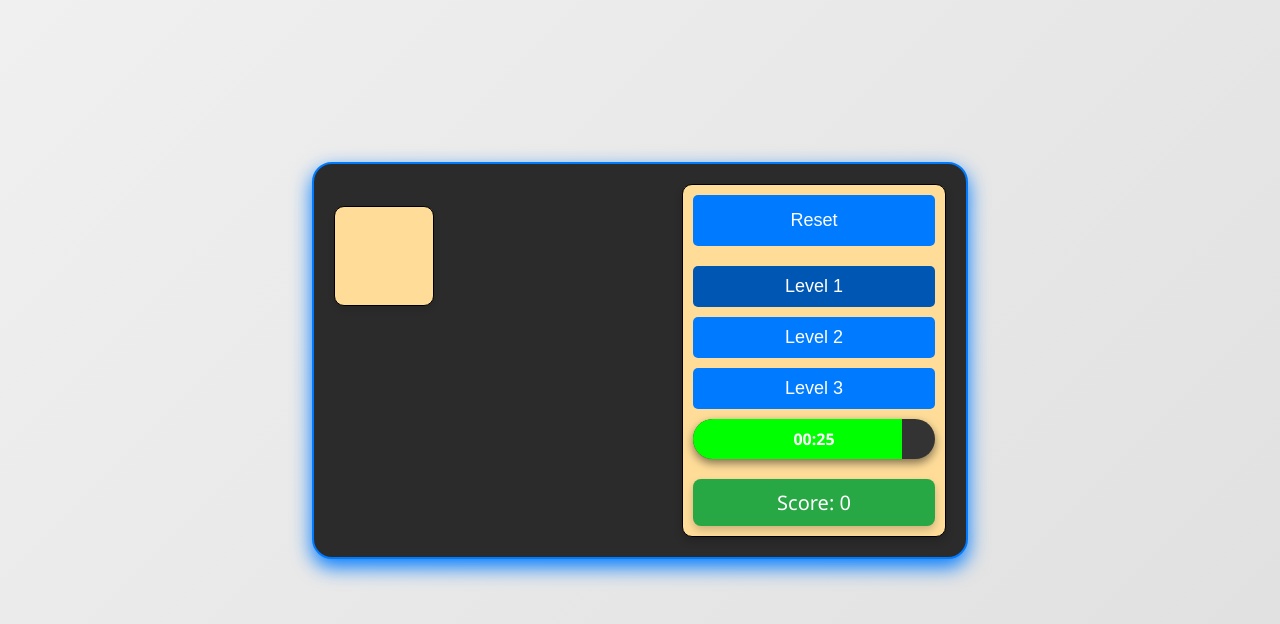
Repository: radisyah/THE_BRAIN_STORM
Page: Impossible Memory.html
An editor plug-in stored every save of this project. The page is shown before and after the next save, followed by the edit.
The browser window is 1280 px wide. The pictures show the whole page.

Above is the page before, as saved 2024-10-23 01:33:15.

After the next save:
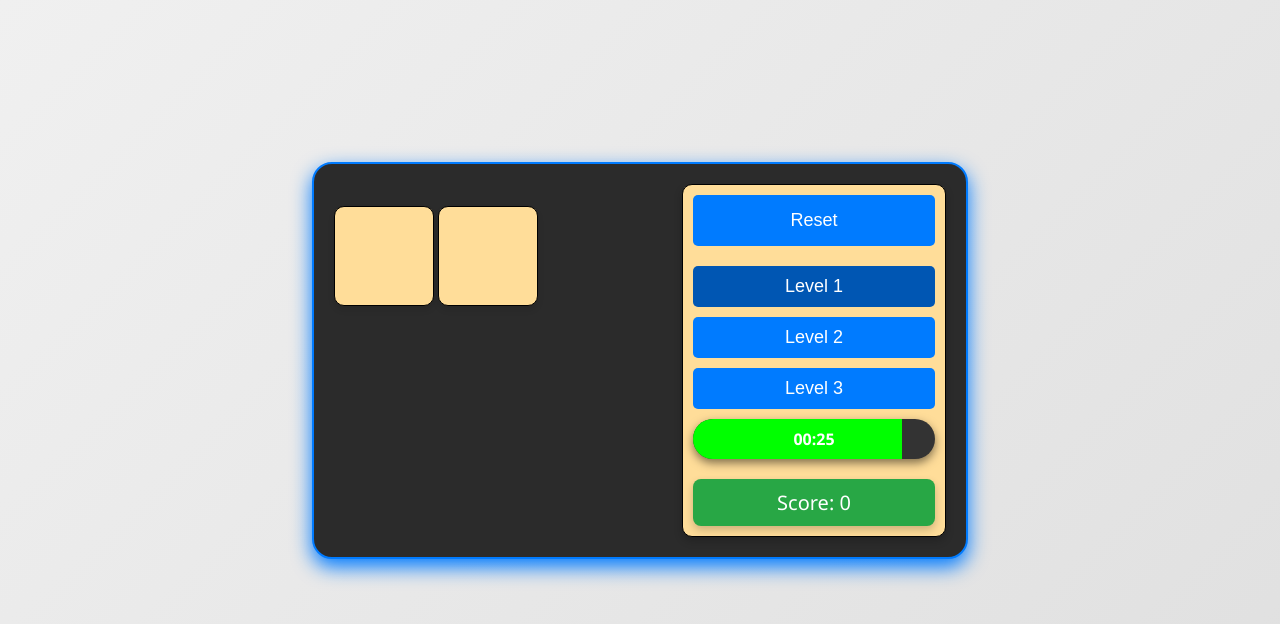
Saved 40 s later.
--- a/Impossible Memory.html
+++ b/Impossible Memory.html
@@ -266,7 +266,7 @@
     <script>
         const gridSizes = {
             3: [
-                { correct: 20 },
+                { correct: 20 },{ correct: 30 },
             ],
             5: [
                 { correct: 11 },

After the save that followed:
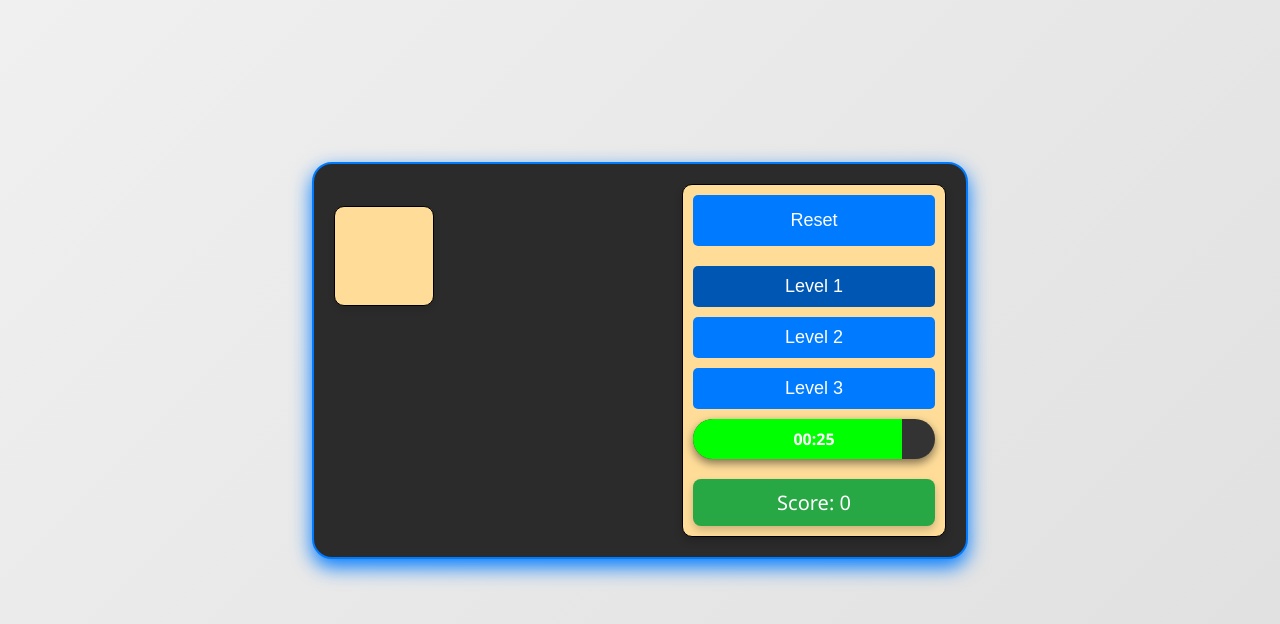
Saved 51 s later.
--- a/Impossible Memory.html
+++ b/Impossible Memory.html
@@ -266,7 +266,7 @@
     <script>
         const gridSizes = {
             3: [
-                { correct: 20 },{ correct: 30 },
+                { correct: 20 },
             ],
             5: [
                 { correct: 11 },
@@ -407,55 +407,38 @@
         }
 
         function checkInput(input, index) {
-    const correctAnswer = parseInt(input.dataset.correct);  // Get correct answer from data-correct
-    const userAnswer = input.value;  // Get user answer as a string
-
-    // Check if input is empty
-    if (input.value.trim() === '') {
-        input.classList.remove('correct', 'wrong'); // Reset styles if empty
-        return; // Exit early
-    }
-
-    // Convert correct answer to string for easier comparison
-    const correctAnswerStr = correctAnswer.toString();
-
-    // If the complete answer is correct
-    if (userAnswer === correctAnswerStr) {
-        if (!answeredCorrectly.has(index)) { // Check if already answered correctly
-            score += 150; // Award points for correct answer
-            answeredCorrectly.add(index); // Mark this input as answered correctly
-            document.getElementById('score-display').textContent = `Score: ${score}`;
-        }
-        input.classList.add('correct');
-        input.classList.remove('wrong');
-        input.disabled = true; // Disable input if correct
-    }
-    // If the answer is incorrect
-    else {
-        input.classList.add('wrong');
-        input.classList.remove('correct');
-
-        // Check for partial correctness
-        if (correctAnswerStr.startsWith(userAnswer)) {
-            // If the user's answer is correct up to the current length
-            if (!answeredCorrectly.has(index)) { // Only add score if not already counted
-                score += 150; // Award points for correcting after wrong input
-                answeredCorrectly.add(index); // Mark this input as answered correctly
-                document.getElementById('score-display').textContent = `Score: ${score}`;
+            const correctAnswer = parseInt(input.dataset.correct);  // Get correct answer from data-correct
+            const userAnswer = parseInt(input.value);  // Get user answer as a number
+
+            // Check if input is empty
+            if (input.value.trim() === '') {
+                input.classList.remove('correct', 'wrong'); // Reset styles if empty
             }
-        } else {
-            if (!answeredIncorrectly.has(index)) { // Check if already answered incorrectly
-                score -= 75; // Deduct for incorrect answer
-                answeredIncorrectly.add(index); // Mark this input as answered incorrectly
-                document.getElementById('score-display').textContent = `Score: ${score}`;
+            // If the answer is correct
+            else if (userAnswer === correctAnswer) {
+                if (!answeredCorrectly.has(index)) { // Check if already answered correctly
+                    score += 150;
+                    answeredCorrectly.add(index); // Mark this input as answered correctly
+                    document.getElementById('score-display').textContent = `Score: ${score}`;
+                }
+                input.classList.add('correct');
+                input.classList.remove('wrong');
+                input.disabled = true; // Disable input if correct
             }
-        }
-    }
-
-    // Check all answers to trigger next level
-    checkAllAnswers();
-}
-
+            // If the answer is incorrect
+            else {
+                if (!answeredIncorrectly.has(index)) { // Check if already answered incorrectly
+                    score -= 75; // Deduct for incorrect answer
+                    answeredIncorrectly.add(index); // Mark this input as answered incorrectly
+                    document.getElementById('score-display').textContent = `Score: ${score}`;
+                }
+                input.classList.add('wrong');
+                input.classList.remove('correct');
+            }
+
+            // Check all answers to trigger next level
+            checkAllAnswers();
+        }
 
         function checkAllAnswers() {
             const inputs = document.querySelectorAll('.answer');
